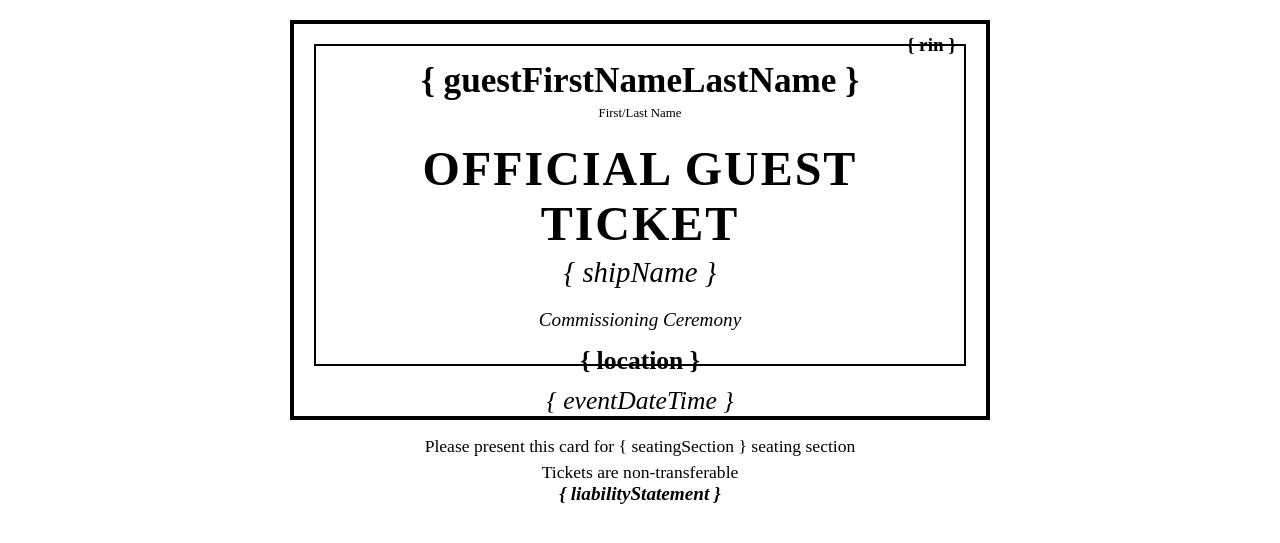
Repository: yaleevans/SabelWeasyPrintPDFLambda
Page: event_ticket_template.html
The author's editor kept a copy of each file at every save. The page is drawn from the files as they stood at one save, then again after the next save.
The browser window is 1280 px wide. The pictures show the whole page.

Above is the page before, as saved 2025-10-17 10:48:10.

After the next save:
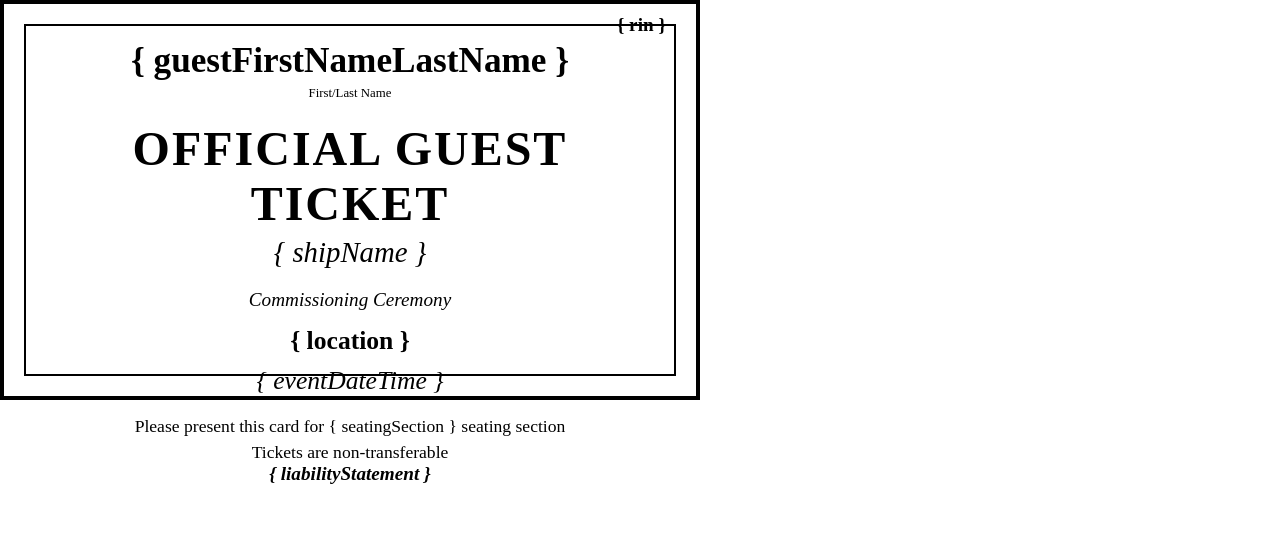
Saved 2 min 53 s later.
--- a/event_ticket_template.html
+++ b/event_ticket_template.html
@@ -3,11 +3,10 @@
 <head>
     <title>Official Guest Ticket</title>
     <style>
-        /* CRITICAL FIX: @page rule removes the default PDF page margins. */
+        /* CRITICAL FIX 1: Set the PDF page size to match the ticket size (700px wide x 400px tall) */
         @page {
-            margin: 0;
-            /* This ensures the HTML content is the only thing defining the page size,
-               or at least removes the large padding usually applied by the PDF software. */
+            size: 700px 400px;
+            margin: 0; /* Remove default page margins */
         }
 
         body {
@@ -15,38 +14,47 @@
             padding: 0;
             font-family: 'Times New Roman', Times, serif;
             background-color: white;
-            height: auto;
-            width: auto;
+            /* Ensure body fills the @page area */
+            width: 700px;
+            height: 400px;
         }
         .ticket-container {
+            /* This is the final visible ticket box, set to the full page size */
+            width: 700px;
+            height: 400px;
+
+            /* Outer Border (4px) and Padding (20px) are here.
+               Total vertical/horizontal consumption: 2*4 + 2*20 = 48px */
             border: 4px solid black;
             padding: 20px;
-            margin: 20px auto;
+
+            margin: 0; /* Remove auto margins */
+
             text-align: center;
             color: black;
             box-sizing: border-box;
+            position: relative;
 
-            /* FIX: Set EXPLICIT, fixed dimensions for the ticket */
-            width: 700px;
-            height: 400px; /* Target height to prevent full-page stretch */
-
-            position: relative;
+            /* The inner content space for .inner-border is 652px wide x 352px high */
         }
         .inner-border {
+            /* CRITICAL FIX 2: Set fixed pixel height/width to match the parent's content box
+               (700 - 48 = 652 and 400 - 48 = 352) to ensure perfect fit and prevent errors. */
+            width: 652px;
+            height: 352px;
+
             border: 2px solid black;
             padding: 15px;
             box-sizing: border-box;
 
-            /* Re-enable Flexbox and calculate height to fit perfectly inside the 400px container */
             display: flex;
             flex-direction: column;
             justify-content: space-between;
             align-items: center;
-            /* 100% of 400px container minus 15px top/bottom padding = 370px */
-            height: calc(100% - 30px);
         }
         /* --- NEW CSS FOR OVERLAY --- */
         .ticket-number-overlay {
+            /* Position relative to .ticket-container */
             position: absolute;
             top: 5px;
             right: 25px;
@@ -59,13 +67,11 @@
         }
         /* --- TEXT STYLING --- */
         .content {
-            /* Now that .inner-border has a fixed height, flex-grow: 1 is safe
-               and ensures the main content block takes up all available vertical
-               space, pushing the waiver text to the bottom. */
+            /* Ensure content takes up all available vertical space in the inner-border */
             flex-grow: 1;
             display: flex;
             flex-direction: column;
-            justify-content: center; /* Center the content within the expanded area */
+            justify-content: center;
             align-items: center;
             width: 100%;
         }
@@ -79,10 +85,7 @@
         .location { font-size: 1.6em; font-weight: bold; margin-bottom: 10px; }
         .datetime { font-size: 1.6em; font-style: italic; margin-bottom: 20px; }
         .instructions { font-size: 1.1em; margin-bottom: 5px; color: black; }
-
-        /* We set this margin to 0px so Flexbox can manage the space */
         .transfer-info { font-size: 1.1em; margin-bottom: 0px; color: black; }
-
         .waiver-text { font-size: 1.2em; font-style: italic; font-weight: bold; }
     </style>
 </head>
